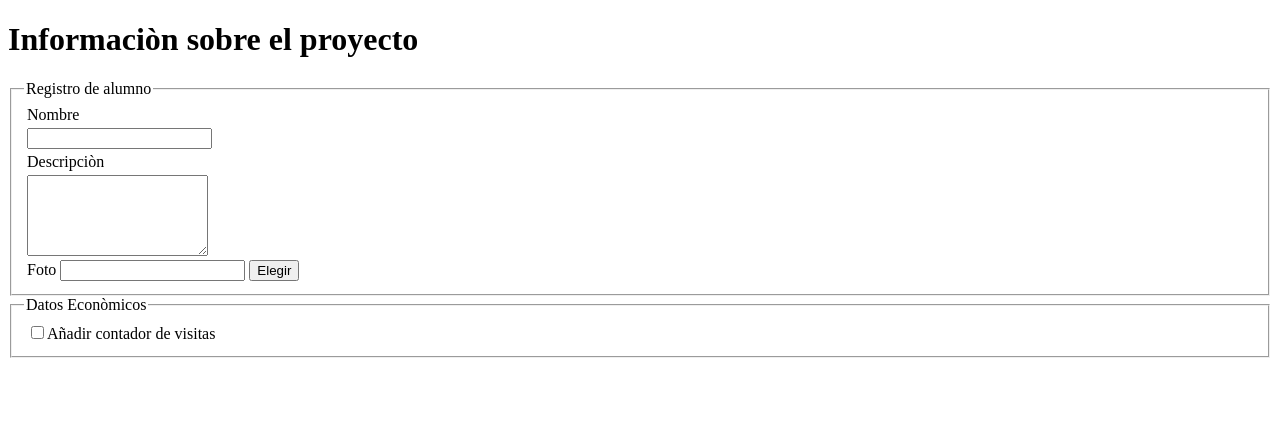
Repository: hoscanoa/Clases-LPII
Page: LPIISemana01/LPII-Semana01/WebContent/inicio.html
The author's editor kept a copy of each file at every save. The page is drawn from the files as they stood at one save, then again after the next save.
The browser window is 1280 px wide. The pictures show the whole page.

Above is the page before, as saved 2014-09-18 22:08:14.

After the next save:
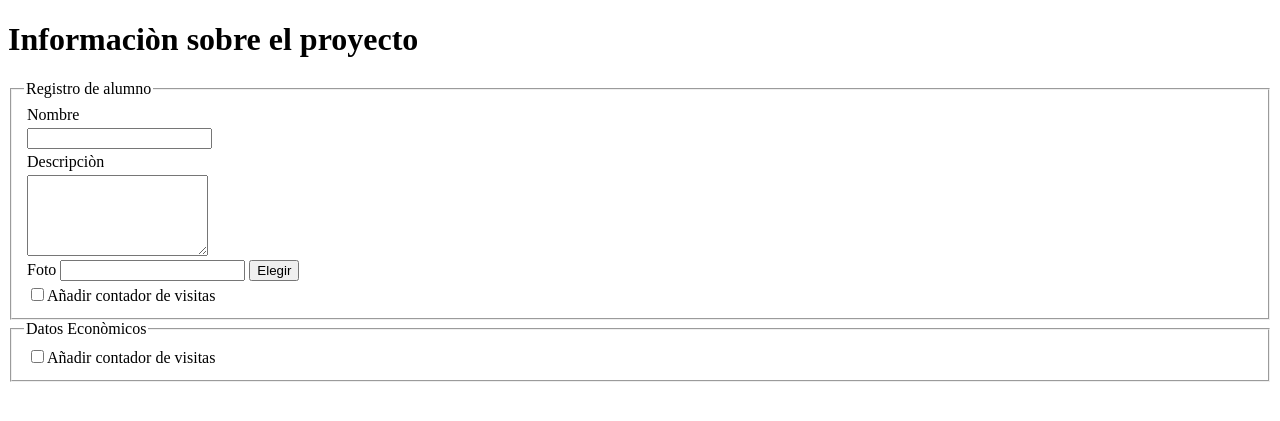
Saved 26 s later.
--- a/LPIISemana01/LPII-Semana01/WebContent/inicio.html
+++ b/LPIISemana01/LPII-Semana01/WebContent/inicio.html
@@ -14,20 +14,25 @@
 					<td>Nombre</td>
 				</tr>
 				<tr>
-					<td colspan="2"><input type="text" name="nombre"></td>
+					<td colspan="2"><input type="text" name="nombre">
+					</td>
 				</tr>
 				<tr>
 					<td>Descripciòn</td>
 				</tr>
 				<tr>
-					<td colspan="2"><textarea rows="5" ></textarea>
-					</td>
+					<td colspan="2"><textarea rows="5"></textarea></td>
 				</tr>
 
 				<tr>
-					<td>Foto <input type="text"  name="descripcion"> <input type="button" value="Elegir"></td>
+					<td>Foto <input type="text" name="descripcion"> <input
+						type="button" value="Elegir">
+					</td>
 				</tr>
-
+				<tr>
+					<td><input type="checkbox">Añadir contador de visitas
+					</td>
+				</tr>
 			</table>
 		</fieldset>
 		<fieldset>
